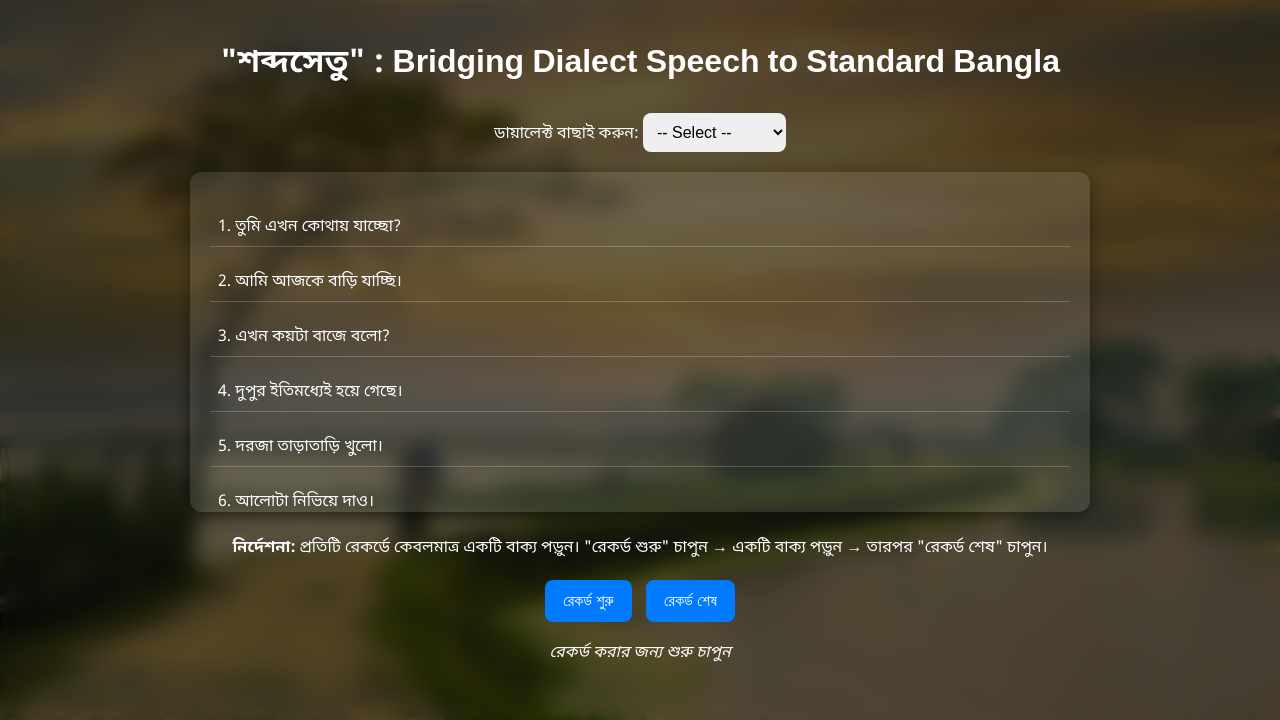
Repository: Sayeem-Velocity/shobdotori-where-dialects-flow-into-bangla
Page: index.html
An editor plug-in stored every save of this project. The page is shown before and after the next save, followed by the edit.
The browser window is 1280 px wide. The pictures show the whole page.

Above is the page before, as saved 2025-08-31 15:16:02.

### index.html
<!DOCTYPE html>
<html lang="bn">
<head>
  <meta charset="UTF-8">
  <meta name="viewport" content="width=device-width, initial-scale=1.0">
  <title>শব্দসেতু : Bridging Dialect Speech to Standard Bangla</title>
  <link rel="stylesheet" href="css/style.css">
  <link rel="icon" type="image/png" href="images/image.png">
</head>
<body>
  <div class="overlay"></div>
  <div class="container">
    <h1 class="title">"শব্দসেতু" : Bridging Dialect Speech to Standard Bangla</h1>

    <!-- Dropdown -->
    <div class="dropdown">
    <label for="dialect">ডায়ালেক্ট বাছাই করুন:</label>
    <select id="dialect">
        <option value="">-- Select --</option>

        <!-- 🟢 First show 8 Divisions -->
        <optgroup label="Divisions">
        <option value="dhaka_division">ঢাকা বিভাগ</option>
        <option value="chattogram_division">চট্টগ্রাম বিভাগ</option>
        <option value="rajshahi_division">রাজশাহী বিভাগ</option>
        <option value="khulna_division">খুলনা বিভাগ</option>
        <option value="barishal_division">বরিশাল বিভাগ</option>
        <option value="sylhet_division">সিলেট বিভাগ</option>
        <option value="rangpur_division">রংপুর বিভাগ</option>
        <option value="mymensingh_division">ময়মনসিংহ বিভাগ</option>
        </optgroup>

        <!-- 🟢 Then add Major Cities -->
        <!-- <optgroup label="Major Cities">
        <option value="dhaka">ঢাকা</option>
        <option value="chittagong">চট্টগ্রাম</option>
        <option value="khulna_city">খুলনা</option>
        <option value="rajshahi_city">রাজশাহী</option>
        <option value="sylhet_city">সিলেট</option>
        <option value="barishal_city">বরিশাল</option>
        <option value="rangpur_city">রংপুর</option>
        <option value="mymensingh_city">ময়মনসিংহ</option>
        </optgroup> -->

        <!-- 🟢 Rest of the Districts -->
        <optgroup label="Districts">
        <option value="mymensingh">ময়মনসিংহ</option>
        <option value="comilla">কুমিল্লা</option>
        <option value="noakhali">নোয়াখালী</option>
        <option value="feni">ফেনী</option>
        <option value="brahmanbaria">ব্রাহ্মণবাড়িয়া</option>
        <option value="gaibandha">গাইবান্ধা</option>
        <option value="kurigram">কুড়িগ্রাম</option>
        <option value="jessore">যশোর</option>
        <option value="kushtia">কুষ্টিয়া</option>
        <option value="jhenaidah">ঝিনাইদহ</option>
        <option value="bagerhat">বাগেরহাট</option>
        <option value="khulna">খুলনা</option>
        <option value="patuakhali">পটুয়াখালী</option>
        <option value="bhola">ভোলা</option>
        <option value="panchagarh">পঞ্চগড়</option>
        <option value="lalmonirhat">লালমনিরহাট</option>
        <option value="dinajpur">দিনাজপুর</option>
        <option value="rajshahi">রাজশাহী</option>
        <option value="natore">নাটোর</option>
        <option value="pabna">পাবনা</option>
        <option value="sirajganj">সিরাজগঞ্জ</option>
        <option value="chandpur">চাঁদপুর</option>
        <option value="lakshmipur">লক্ষ্মীপুর</option>
        <option value="sandwip">সন্দ্বীপ</option>
        </optgroup>
    </select>
    </div>


    <!-- Sentences -->
    <div id="sentences" class="sentence-box"></div>

    <!-- Recorder -->
    <div class="recorder">
      <p><b>নির্দেশনা:</b> প্রতিটি রেকর্ডে কেবলমাত্র একটি বাক্য পড়ুন।
      "রেকর্ড শুরু" চাপুন → একটি বাক্য পড়ুন → তারপর "রেকর্ড শেষ" চাপুন।</p>

      <button id="startBtn">রেকর্ড শুরু</button>
      <button id="stopBtn" disabled>রেকর্ড শেষ</button>
      <p id="status">রেকর্ড করার জন্য শুরু চাপুন</p>
    </div>
  </div>

  <!-- Floating Recording Box -->
  <div id="recordingBox" class="recording-box hidden">
    <div class="dot"></div>
    <span id="recordingText">রেকর্ড হচ্ছে... একটি মাত্র বাক্য পড়ুন</span>
  </div>

  <script src="js/app.js"></script>
</body>
</html>

### css/style.css
body {
  margin: 0;
  font-family: "Noto Sans Bengali", sans-serif;
  color: #fff;
  background: url("../images/image1.png") no-repeat center center fixed;
  background-size: cover;
  overflow-x: hidden;
  position: relative;
}

/* blur overlay */
.overlay {
  position: fixed;
  top: 0; left: 0; right: 0; bottom: 0;
  background: rgba(0, 0, 0, 0.6);
  backdrop-filter: blur(10px);
  -webkit-backdrop-filter: blur(10px);
  z-index: -1;
}

.container {
  max-width: 900px;
  margin: auto;
  padding: 30px;
  text-align: center;
  animation: fadeIn 2s ease-in-out;
}

.title {
  font-size: 32px;
  margin-bottom: 20px;
  animation: float 3s ease-in-out infinite;
}

.dropdown {
  margin-bottom: 20px;
}

select {
  padding: 10px;
  border-radius: 8px;
  border: none;
  font-size: 16px;
}

.sentence-box {
  background: rgba(255,255,255,0.1);
  border-radius: 12px;
  padding: 20px;
  margin-top: 20px;
  text-align: left;
  max-height: 300px;
  overflow-y: auto;
  box-shadow: 0 4px 15px rgba(0,0,0,0.4);
}

.sentence-box p {
  padding: 8px;
  border-bottom: 1px solid rgba(255,255,255,0.2);
  transition: transform 0.2s;
}

.sentence-box p:hover {
  transform: scale(1.05);
  background: rgba(255,255,255,0.15);
  cursor: pointer;
}

.recorder {
  margin-top: 25px;
}

button {
  background: #007bff;
  color: white;
  border: none;
  padding: 12px 18px;
  margin: 5px;
  border-radius: 8px;
  font-size: 16px;
  transition: all 0.3s;
}

button:hover {
  background: #0056b3;
  transform: translateY(-2px);
}

#status {
  margin-top: 15px;
  font-style: italic;
}

/* Floating Recording Box */
.recording-box {
  position: fixed;
  bottom: 20px;
  right: 20px;
  background: rgba(220, 0, 0, 0.9);
  color: white;
  padding: 12px 18px;
  border-radius: 10px;
  font-size: 16px;
  font-weight: bold;
  display: flex;
  align-items: center;
  gap: 10px;
  box-shadow: 0 4px 10px rgba(0,0,0,0.5);
  animation: slideUp 0.4s ease-out;
}

.recording-box.hidden {
  display: none;
}

.dot {
  width: 12px;
  height: 12px;
  background: #ff0000;
  border-radius: 50%;
  animation: blink 1s infinite;
}

@keyframes blink {
  0% { opacity: 1; }
  50% { opacity: 0.2; }
  100% { opacity: 1; }
}

@keyframes slideUp {
  from { transform: translateY(50px); opacity: 0; }
  to { transform: translateY(0); opacity: 1; }
}

@keyframes float {
  0% { transform: translateY(0);}
  50% { transform: translateY(-10px);}
  100% { transform: translateY(0);}
}

@keyframes fadeIn {
  from { opacity: 0;}
  to { opacity: 1;}
}

### js/app.js
// ✅ 100 Bangla sentences
const sentences = [
  "তুমি এখন কোথায় যাচ্ছো?", "আমি আজকে বাড়ি যাচ্ছি।", "এখন কয়টা বাজে বলো?", "দুপুর ইতিমধ্যেই হয়ে গেছে।",
  "দরজা তাড়াতাড়ি খুলো।", "আলোটা নিভিয়ে দাও।", "আমি কিছু খেতে চাই।", "ভাত একেবারে হয়ে গেছে।",
  "আমাকে একটু পানি দাও।", "আমি আজ খুব ক্লান্ত।", "চল আমরা বাইরে যাই।", "আমি এখনই আসছি।",
  "তুমি কি কাল আসবে?", "আজকে খুব গরম লাগছে।", "বাইরে বৃষ্টি পড়ছে।", "ছাতা নিয়ে যাও এখন।",
  "তুমি আজ কেমন আছো?", "আমি খুব ভালো আছি।", "এখানে এসে বসো।", "ওই বইটা আমাকে দাও।",
  "তোমার নামটা কী বলো?", "আমার নাম রফিক হাসান।", "তুমি কোথা থেকে আসছো?", "আমি চট্টগ্রাম শহর থেকে।",
  "তুমি কি পড়াশোনা করছো?", "আমি এখন বাংলা পড়ছি।", "দরজায় কে দাঁড়িয়েছে?", "আমি এখানেই ছিলাম।",
  "তুমি কি এখন ব্যস্ত?", "হ্যাঁ, আমি একটু ব্যস্ত।", "তুমি কি কিছু খাবে?", "আমি এক কাপ চা খাবো।",
  "ভাত খাওয়া শেষ হয়েছে?", "হ্যাঁ, এখনই শেষ হয়েছে।", "তুমি কি গান শুনছো?", "হ্যাঁ, আমি গান শুনছি।",
  "আমি মাঝে মাঝে গান গাই।", "টিভি এখনই চালাও।", "টিভি তাড়াতাড়ি বন্ধ করো।", "আমি বই পড়তে চাই।",
  "তোমার কলমটা কোথায়?", "কলমটা এখানেই আছে।", "আমাকে মোবাইলটা দাও তো।", "ফোনের চার্জ শেষ হয়ে গেছে।",
  "তোমার বাসা কোথায় বলো?", "আমার বাসা ঢাকার ভিতরে।", "আজ শুক্রবার সকাল।", "আগামীকাল ছুটির দিন।",
  "তুমি কি সত্যিই আসবে?", "হ্যাঁ, আমি অবশ্যই আসবো।", "তুমি আজ কেমন আছো?", "আমি মোটামুটি ভালো আছি।",
  "আজ আমি খুব খুশি।", "আমি অনেক দুঃখিত আছি।", "আমাকে ক্ষমা করে দাও।", "তোমাকে অনেক ধন্যবাদ।",
  "তুমি কি কফি খাবে?", "না, আমি শুধু চা খাবো।", "এখন আমার ঘুম পাচ্ছে।", "আমি ঘুমাতে যাচ্ছি।",
  "দরজাটা বন্ধ করে দাও।", "জানালাটা একটু খুলো।", "শীতল বাতাস আসছে।", "বৃষ্টি এখন থেমে গেছে।",
  "আমি কোথায় যাবো এখন?", "তুমি বাজারে চলে যাও।", "বাজার কতদূরে আছে?", "বাজারটা খুব কাছেই আছে।",
  "আমি হাঁটতে যাবো এখন।", "চল আমরা একসাথে হাঁটি।", "আমি নতুন বন্ধু চাই।", "তুমি আমার সেরা বন্ধু।",
  "তুমি কি এখন খুশি?", "হ্যাঁ, আমি সত্যিই খুশি।", "আজ স্কুল বন্ধ রয়েছে।", "আমি খেলতে যাচ্ছি।",
  "তুমি কি ফুটবল খেলবে?", "না, আমি ক্রিকেট খেলবো।", "আজ ম্যাচ শুরু হয়েছে।", "বাংলাদেশ আজ জিতেছে।",
  "আমি গান শুনছি এখন।", "তুমি কী পড়ছো বলো?", "হ্যাঁ, আমি বাংলা পড়ছি।", "আমি কবিতা লিখছি।",
  "তুমি কী কাজ করছো?", "আমি রান্না করছি এখন।", "খাওয়া তৈরি হয়েছে কি?", "হ্যাঁ, এখনই তৈরি হয়েছে।",
  "খেতে এসো সবাই।", "আমি তাড়াতাড়ি আসছি।", "আমাকে এখনই ডাকো।", "তুমি কই গিয়েছিলে বলো?",
  "আমি বাজারে গিয়েছিলাম।", "তুমি কী কিনেছো বলো?", "আমি ফলমূল কিনেছি।", "এই আমটা খুব মিষ্টি।",
  "আমি লিচু খেতে চাই।", "দুধটা এখন গরম আছে।", "চাল আনো ঘরের ভিতর।", "ডালটা আমাকে দাও।"
];

const sentenceBox = document.getElementById("sentences");
sentences.forEach((s, i) => {
  const p = document.createElement("p");
  p.textContent = (i+1) + ". " + s;
  sentenceBox.appendChild(p);
});

// Recording
let mediaRecorder;
let audioChunks = [];
let fileIndexMap = {};

const startBtn = document.getElementById("startBtn");
const stopBtn = document.getElementById("stopBtn");
const status = document.getElementById("status");
const dialectSelect = document.getElementById("dialect");
const recordingBox = document.getElementById("recordingBox");

startBtn.onclick = async () => {
  const dialect = dialectSelect.value;
  if (!dialect) {
    alert("প্রথমে একটি ডায়ালেক্ট নির্বাচন করুন");
    return;
  }

  if (!(dialect in fileIndexMap)) fileIndexMap[dialect] = 0;

  const stream = await navigator.mediaDevices.getUserMedia({ audio: true });
  mediaRecorder = new MediaRecorder(stream);
  mediaRecorder.start();
  audioChunks = [];

  mediaRecorder.ondataavailable = e => audioChunks.push(e.data);

  mediaRecorder.onstop = () => {
    const blob = new Blob(audioChunks, { type: "audio/wav" });
    const url = URL.createObjectURL(blob);

    const fileName = `${dialect}_train (${fileIndexMap[dialect]++}).wav`;

    const a = document.createElement("a");
    a.href = url;
    a.download = fileName;
    a.click();

    status.textContent = `ফাইল সংরক্ষিত হয়েছে: ${fileName}`;
    recordingBox.classList.add("hidden");
  };

  status.textContent = "রেকর্ড চলছে... একটি মাত্র বাক্য পড়ুন।";
  startBtn.disabled = true;
  stopBtn.disabled = false;
  recordingBox.classList.remove("hidden");
};

stopBtn.onclick = () => {
  mediaRecorder.stop();
  status.textContent = "রেকর্ড শেষ হয়েছে। পরের বাক্যের জন্য আবার 'রেকর্ড শুরু' চাপুন।";
  startBtn.disabled = false;
  stopBtn.disabled = true;
};

After the next save:
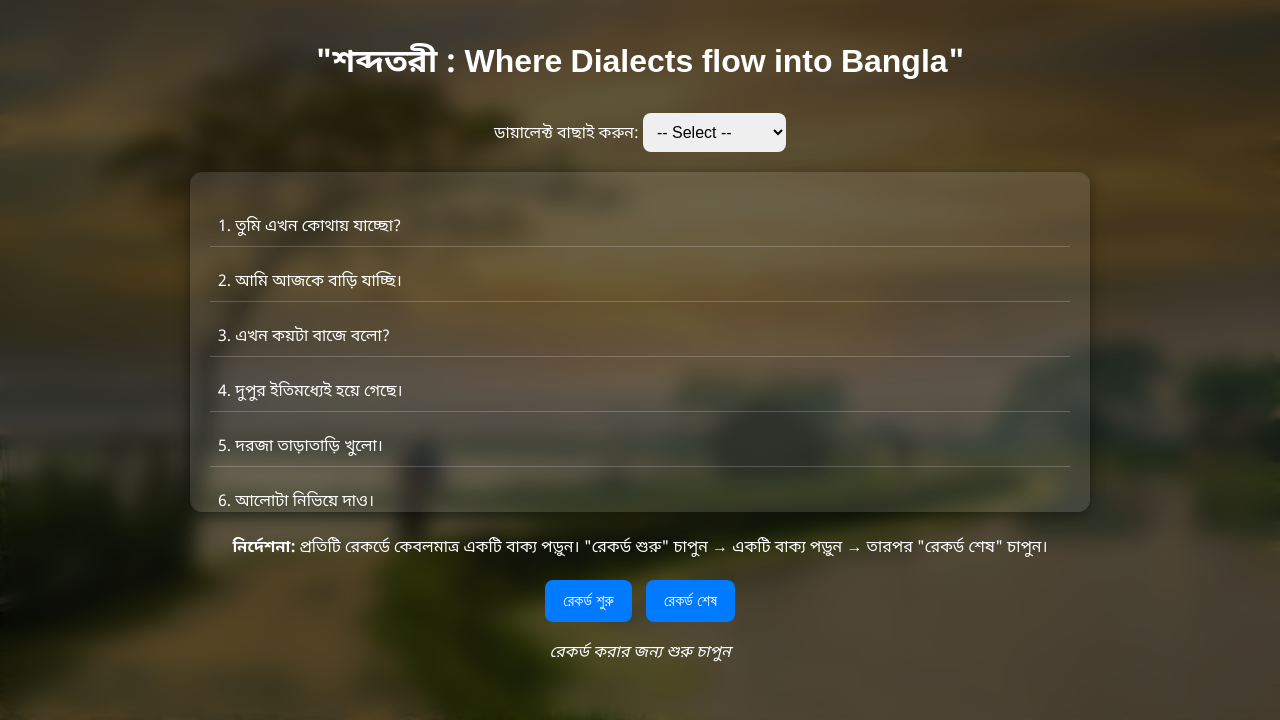
Saved 9 min 26 s later.
--- a/index.html
+++ b/index.html
@@ -10,7 +10,7 @@
 <body>
   <div class="overlay"></div>
   <div class="container">
-    <h1 class="title">"শব্দসেতু" : Bridging Dialect Speech to Standard Bangla</h1>
+    <h1 class="title">"শব্দতরী : Where Dialects flow into Bangla"</h1>
 
     <!-- Dropdown -->
     <div class="dropdown">
